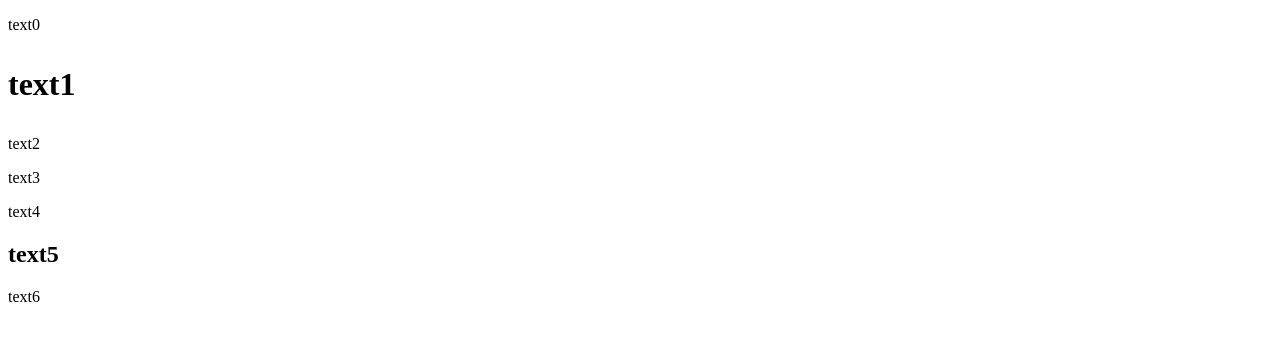
Repository: D-Savanchuk/Tasks
Page: index.html
The author's editor kept a copy of each file at every save. The page is drawn from the files as they stood at one save, then again after the next save.
The browser window is 1280 px wide. The pictures show the whole page.

Above is the page before, as saved 2022-10-13 12:13:23.

After the next save:
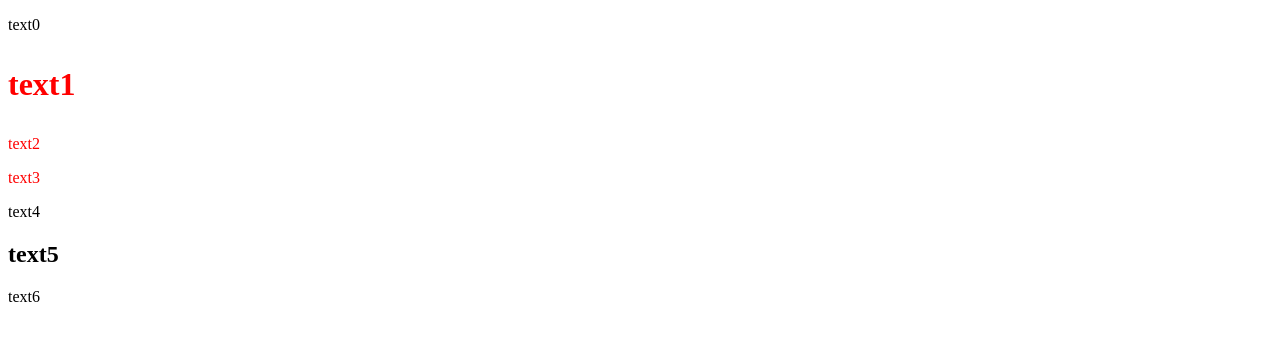
Saved 10 s later.
--- a/style2.css
+++ b/style2.css
@@ -29,6 +29,6 @@
     grid-area: main;
 } */
 
-div +{
+div *{
     color: red;
     }

After the save that followed:
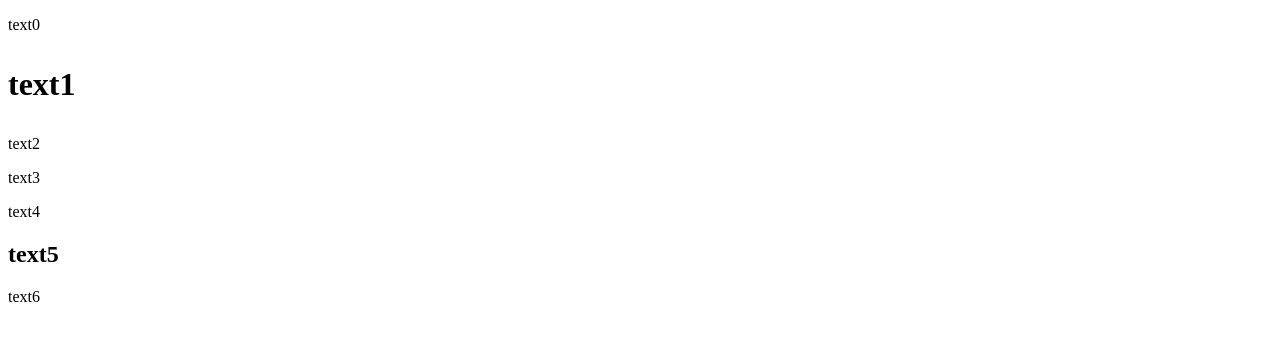
Saved 5 s later.
--- a/style2.css
+++ b/style2.css
@@ -29,6 +29,6 @@
     grid-area: main;
 } */
 
-div *{
+div >{
     color: red;
     }
